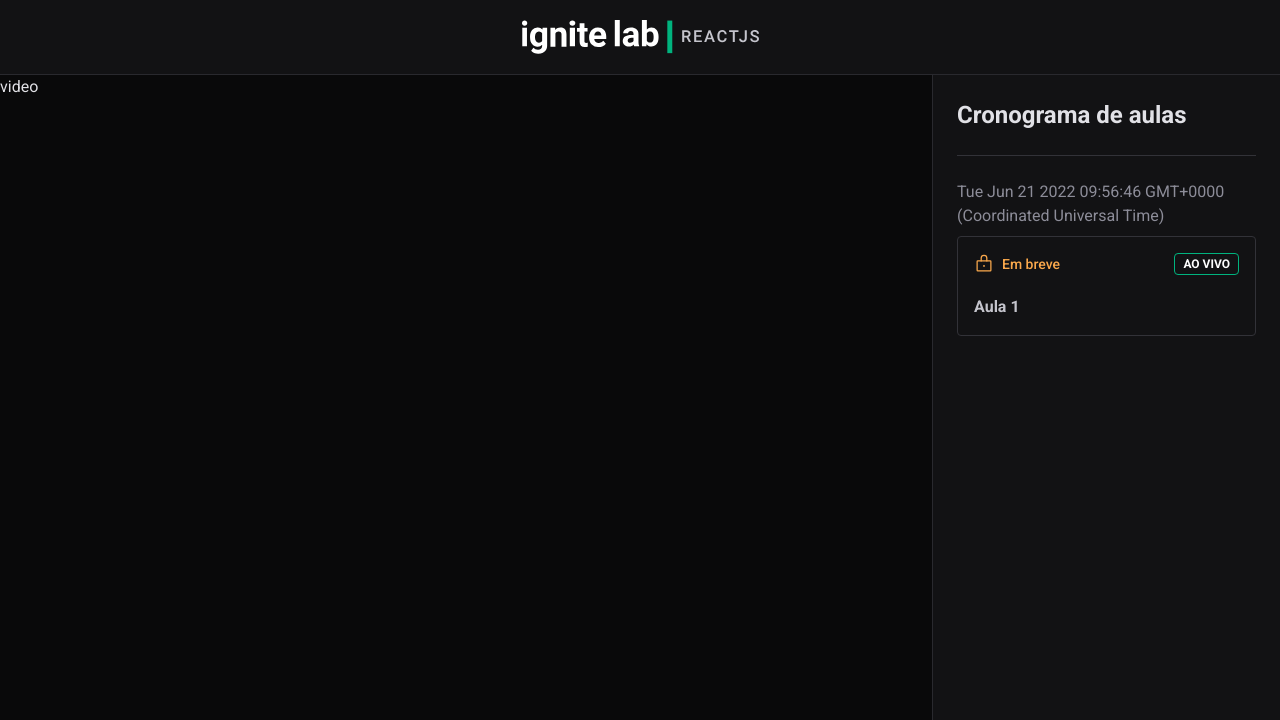
Repository: andynadvorny/event-platform
Page: /
These files come from the project's save history. The page is drawn as it stood at one moment and after the next save; the edit follows.
The browser window is 1280 px wide. The pictures show the whole page.
The page's requests for data from a server got no answer. The project was rebuilt for these pictures with package versions that can differ from the ones it lists, and the page was loaded fresh each time. No one was signed in, and anything a server would have sent is missing. Also part of the build but not shown: vite.config.ts.

Above is the page before, as saved 2022-06-23 14:50:30.

### src/App.tsx
import { Event } from './pages/Event'

function App() {
  return (
    <Event />
  )
}

export default App

### src/lib/apollo.ts
import { ApolloClient, InMemoryCache } from "@apollo/client";

export const client = new ApolloClient({
  uri: 'https://api-sa-east-1.graphcms.com/v2/cl4q028zp2n6q01xs9d4d26wj/master',
  cache: new InMemoryCache()
});

### src/pages/Event.tsx
import { Header } from '../components/Header'
import { Sidebar } from '../components/Sidebar'
import { Video } from '../components/Video'

export function Event() {
  return (
    <div className="flex flex-col min-h-screen">
      <Header />
      <main className="flex flex-1">
        <Video />
        <Sidebar />
      </main>
    </div>
  )
}

### src/components/Sidebar.tsx
import { Lesson } from "./Lesson";

export function Sidebar() {
  return (
    <aside className="w-[348px] bg-gray-700 p-6 border-l border-gray-600">
      <span className="font-bold text-2xl pb-6 mb-6 border-b border-gray-500 block">
        Cronograma de aulas
      </span>
      <div className="flex flex-col gap-8">
        <Lesson
          title="Aula 1"
          slug="aula-01"
          availableAt={new Date()}
          type="live"
        />
      </div>
    </aside>
  )
}

### src/components/Video.tsx
export function Video() {
  return (
    <div className="flex-1">
      video
    </div>
  )
}

### src/components/Logo.tsx
export function Logo() {
  return (
    <svg
      xmlns="http://www.w3.org/2000/svg"
      width="237"
      height="34"
      fill="none"
      viewBox="0 0 237 34"
    >
      <path
        fill="#fff"
        d="M.002 3.112a2.49 2.49 0 01.165-.987c.12-.314.304-.595.535-.83A2.906 2.906 0 012.615.572c.698 0 1.374.257 1.912.723.23.24.412.524.536.837a2.701 2.701 0 010 1.979 2.568 2.568 0 01-.536.837 2.889 2.889 0 01-1.907.723 2.901 2.901 0 01-1.908-.723 2.458 2.458 0 01-.538-.84 2.645 2.645 0 01-.172-.996zm4.96 23.146H.273V7.862h4.689v18.397zM8.012 16.973c0-2.853.686-5.145 2.055-6.883a6.653 6.653 0 015.528-2.606 5.869 5.869 0 014.802 2.09l.2-1.751h4.538v17.95a7.891 7.891 0 01-1.12 4.246 7.243 7.243 0 01-3.147 2.752 11.155 11.155 0 01-4.742.94c-1.378 0-2.74-.279-4.008-.812a7.08 7.08 0 01-2.946-2.11l2.208-3.02a5.905 5.905 0 004.543 2.08 4.356 4.356 0 003.104-1.059 3.938 3.938 0 001.103-2.993v-.994a5.775 5.775 0 01-4.555 1.935 6.647 6.647 0 01-3.05-.652 6.615 6.615 0 01-2.408-1.967c-1.397-1.752-2.085-4.089-2.085-6.942v-.21h-.025l.005.006zm4.997.355a6.723 6.723 0 001.026 3.956 3.233 3.233 0 002.799 1.443c.651.045 1.3-.088 1.878-.39a3.52 3.52 0 001.396-1.305v-7.825a3.448 3.448 0 00-1.374-1.305 3.504 3.504 0 00-1.86-.39 3.28 3.28 0 00-1.61.365 3.22 3.22 0 00-1.219 1.103c-.688.975-1.036 2.418-1.036 4.348zM33.098 7.833l.158 2.196a6.527 6.527 0 012.371-1.927 6.38 6.38 0 012.971-.62c1.97 0 3.438.597 4.39 1.79.953 1.194 1.456 2.936 1.486 5.293v12.249h-4.962V14.683a3.367 3.367 0 00-.684-2.344 3.086 3.086 0 00-1.069-.598 3.008 3.008 0 00-1.211-.13 3.349 3.349 0 00-1.821.454c-.553.32-1.01.794-1.313 1.367v13.37H28.45V7.845l4.647-.012zM47.512 3.112a2.304 2.304 0 01.185-.988 2.42 2.42 0 01.59-.831A3.439 3.439 0 0150.404.57c.772 0 1.52.256 2.117.723.508.486.792 1.142.792 1.826 0 .683-.284 1.34-.792 1.826a3.417 3.417 0 01-2.11.723c-.77 0-1.517-.257-2.11-.723a2.47 2.47 0 01-.594-.839 2.342 2.342 0 01-.19-.994h-.005zm5.483 23.149h-5.18V7.86h5.18v18.4zM62.454 3.334v4.612h3.107v3.677h-3.107v9.382c-.05.53.091 1.063.395 1.495a1.824 1.824 0 001.473.45c.476.002.95-.035 1.421-.114v3.803a9.672 9.672 0 01-2.939.449c-3.398 0-5.128-1.775-5.19-5.32V11.644h-2.642V7.968h2.643V3.356h4.841v-.025l-.002.003zM76.487 27.08a9.277 9.277 0 01-6.759-2.55c-1.74-1.699-2.605-3.957-2.605-6.797v-.494a11.295 11.295 0 011.098-5.08 8.141 8.141 0 013.111-3.465 8.72 8.72 0 014.59-1.22c2.577 0 4.62.815 6.098 2.449 1.478 1.633 2.226 3.94 2.226 6.929v2.055h-12.01a4.665 4.665 0 001.473 2.971 4.487 4.487 0 003.111 1.111 5.426 5.426 0 004.548-2.115l2.476 2.781a7.506 7.506 0 01-3.07 2.507 9.81 9.81 0 01-4.287.916v.002zm-.594-15.514a3.127 3.127 0 00-2.428 1.012 5.405 5.405 0 00-1.188 2.912h7.006v-.405a3.749 3.749 0 00-.908-2.608 3.252 3.252 0 00-2.45-.908h-.03l-.002-.003zM97.771 26.259h-4.957V0h4.957V26.26zM112.209 26.259c-.227-.444-.392-.997-.496-1.659-1.196 1.333-2.751 2.002-4.666 2.002-1.811 0-3.314-.523-4.504-1.572-1.191-1.049-1.786-2.372-1.786-3.966 0-1.96.725-3.464 2.179-4.513 1.453-1.049 3.553-1.58 6.3-1.59h2.273v-1.06c0-.854-.22-1.54-.659-2.051-.44-.513-1.131-.77-2.078-.77-.832 0-1.486.2-1.957.6-.474.4-.708.945-.708 1.64h-4.941c0-1.07.331-2.062.992-2.973.662-.91 1.597-1.626 2.804-2.144 1.206-.518 2.564-.778 4.069-.778 2.28 0 4.089.573 5.429 1.718 1.34 1.145 2.009 2.756 2.009 4.83v8.017c.012 1.754.256 3.082.735 3.983v.29h-4.992l-.003-.004zm-4.086-3.435c.728 0 1.402-.163 2.016-.486.614-.326 1.071-.76 1.367-1.308v-3.181h-1.846c-2.472 0-3.79.854-3.948 2.564l-.017.291c0 .614.217 1.123.649 1.523.434.4 1.026.6 1.779.6v-.003zM136.58 17.183c0 2.963-.632 5.273-1.898 6.931-1.265 1.659-3.032 2.488-5.3 2.488-2.006 0-3.608-.77-4.805-2.308l-.222 1.967h-4.444V.001h4.94v9.418c1.14-1.332 2.638-2 4.496-2 2.256 0 4.025.828 5.308 2.487 1.283 1.658 1.923 3.992 1.923 7v.274l.002.003zm-4.94-.358c0-1.868-.296-3.233-.889-4.094-.592-.861-1.475-1.29-2.65-1.29-1.572 0-2.655.643-3.247 1.932v7.299c.604 1.298 1.697 1.95 3.282 1.95 1.584 0 2.643-.788 3.146-2.36.239-.752.358-1.897.358-3.437z"
      ></path>
      <path
        fill="#C4C4CC"
        d="M164.51 17.501h-2.283v4.53h-2.048v-11.78h4.143c1.36 0 2.408.306 3.149.915.74.61 1.108 1.493 1.108 2.648 0 .787-.19 1.449-.57 1.98-.38.532-.911.94-1.59 1.226l2.646 4.906v.106h-2.194l-2.364-4.531h.003zm-2.283-1.65h2.105c.691 0 1.229-.176 1.619-.524.39-.348.582-.824.582-1.429 0-.604-.18-1.12-.538-1.466-.358-.345-.893-.523-1.606-.533h-2.162V15.85zM179.066 16.773h-4.839v3.625h5.656v1.634h-7.704V10.25h7.648v1.65h-5.6v3.253h4.839v1.62zM189.803 19.29h-4.565l-.955 2.744h-2.127l4.452-11.783h1.836l4.459 11.783h-2.137l-.963-2.744zm-3.99-1.65h3.415l-1.707-4.89-1.708 4.89zM204.716 18.197c-.119 1.256-.583 2.238-1.392 2.941-.81.703-1.885 1.056-3.228 1.056-.938 0-1.764-.222-2.48-.668-.715-.445-1.266-1.079-1.656-1.898-.387-.82-.589-1.772-.607-2.858v-1.1c0-1.11.198-2.09.59-2.937.392-.846.96-1.5 1.695-1.96.736-.458 1.587-.688 2.554-.688 1.301 0 2.347.353 3.139 1.057.792.703 1.254 1.7 1.385 2.99h-2.039c-.096-.846-.343-1.458-.74-1.833-.397-.375-.977-.563-1.745-.563-.89 0-1.574.326-2.05.977-.479.652-.721 1.605-.733 2.863v1.044c0 1.273.227 2.245.683 2.917.457.668 1.123 1.004 2.004 1.004.805 0 1.409-.18 1.814-.543.405-.363.661-.962.77-1.804h2.038l-.002.003zM216.481 11.902h-3.674v10.132h-2.031V11.902h-3.642V10.25h9.347v1.65zM222.759 10.251h2.039v8.262c0 1.127-.353 2.023-1.057 2.687-.703.664-1.633.995-2.788.995-1.229 0-2.179-.311-2.848-.93-.669-.62-1.004-1.484-1.004-2.59h2.038c0 .627.156 1.096.467 1.412.31.316.76.474 1.347.474.55 0 .989-.183 1.315-.545.326-.366.489-.867.489-1.51V10.25h.002zM234.952 18.999c0-.518-.183-.918-.545-1.197-.363-.279-1.022-.563-1.972-.849-.95-.286-1.705-.604-2.265-.955-1.074-.674-1.612-1.555-1.612-2.638 0-.95.388-1.732 1.163-2.347.774-.614 1.779-.922 3.015-.922.819 0 1.55.15 2.194.454a3.597 3.597 0 011.513 1.29c.367.558.55 1.177.55 1.858h-2.038c0-.614-.193-1.095-.578-1.443-.385-.348-.938-.524-1.656-.524-.668 0-1.189.144-1.557.43-.37.286-.555.686-.555 1.197 0 .432.2.792.6 1.08.399.29 1.056.57 1.974.842.918.271 1.653.582 2.208.93.556.348.963.748 1.222 1.197.259.452.387.977.387 1.582 0 .982-.375 1.762-1.127 2.342-.753.58-1.775.87-3.063.87a5.755 5.755 0 01-2.352-.473c-.715-.316-1.27-.75-1.668-1.308-.397-.555-.594-1.204-.594-1.942h2.048c0 .669.222 1.187.664 1.555.441.367 1.075.55 1.902.55.713 0 1.246-.143 1.607-.432.357-.288.538-.671.538-1.145l-.003-.002z"
      ></path>
      <path fill="#00B37E" d="M150.271 33.146h-4.958V.57h4.958v32.576z"></path>
    </svg>
  );
}

### src/components/Lesson.tsx
import { CheckCircle, Lock } from 'phosphor-react'

interface LessonProps {
  title: string,
  slug: string,
  availableAt: Date,
  type: 'live' | 'class',
}

export function Lesson(props: LessonProps) {
  const isLessonAvailable = false

  return (
    <a href="#">
      <span className="text-gray-300">
        {props.availableAt.toString()}
      </span>

      <div className="rounded border border-gray-500 p-4 mt-2">
        <header className="flex items-center justify-between">
          { isLessonAvailable ? (
            <span className="text-sm text-blue-500 font-medium flex items-center gap-2">
              <CheckCircle size={20} />
              Conteúdo liberado
            </span>
          ) : (
            <span className="text-sm text-orange-500 font-medium flex items-center gap-2">
              <Lock size={20} />
              Em breve
            </span>
          )}
          <span className="text-xs rounded py-[2px] px-2 border border-green-300 text-white font-bold">
            {props.type === 'live' ? 'AO VIVO' : 'AULA PRÁTICA'}
          </span>
        </header>
        <strong className="text-gray-200 mt-5 block">
          {props.title}
        </strong>
      </div>
    </a>
  )
}

### tailwind.config.js
/** @type {import('tailwindcss').Config} */
module.exports = {
  content: [
    './src/**/*.tsx'
  ],
  theme: {
    extend: {
      fontFamily: {
        sans: 'Roboto, sans-serif'
      },
      colors: {
        green: {
          300: '#00B37E',
          500: '#00875F',
          700: '#015F43',
        },
        blue: {
          500: '#81D8F7',
        },
        orange: {
          500: '#FBA94C',
        },
        red: {
          500: '#F75A68',
        },
        gray: {
          100: '#E1E1E6',
          200: '#C4C4CC',
          300: '#8D8D99',
          500: '#323238',
          600: '#29292E',
          700: '#121214',
          900: '#09090A'
        }
      }
    },
  },
  plugins: [],
}

Loaded but not shown: index.html (common file); src/main.tsx (common file); src/styles/global.css (common file); src/components/Header.tsx (common file)

After the next save:
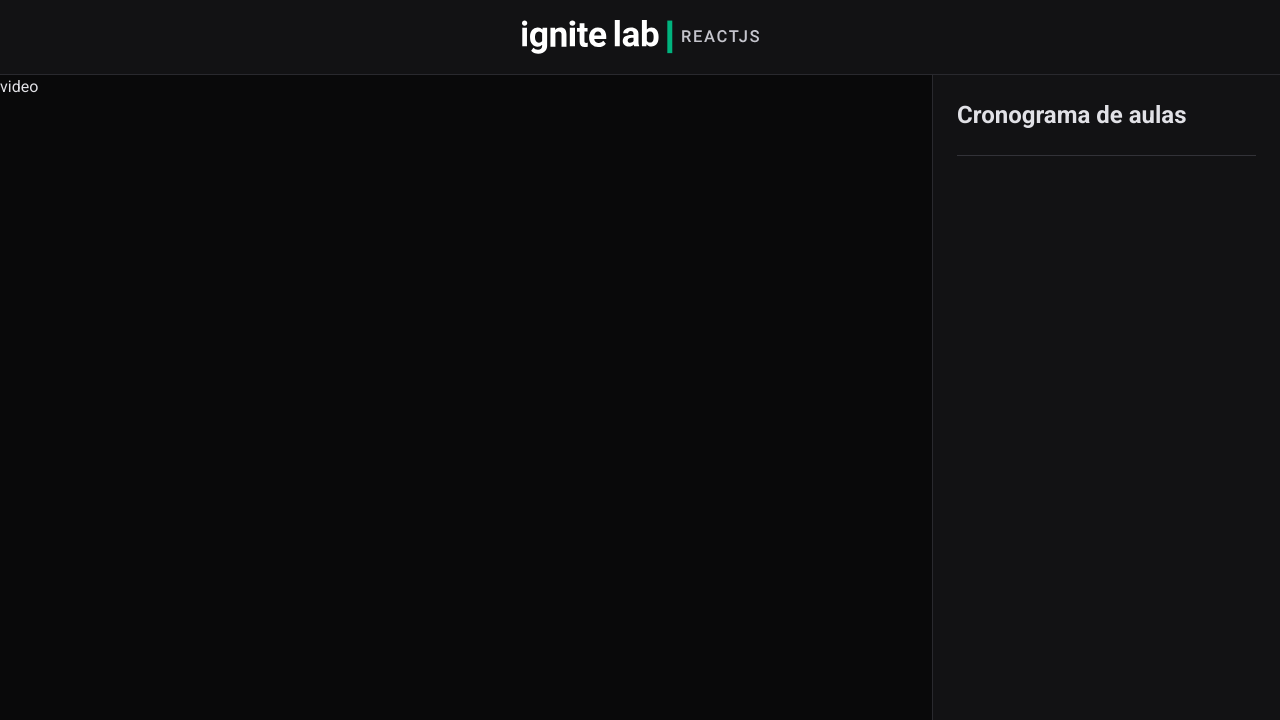
Saved 7 min 2 s later.
--- a/src/components/Sidebar.tsx
+++ b/src/components/Sidebar.tsx
@@ -1,18 +1,46 @@
+import { gql, useQuery } from "@apollo/client";
 import { Lesson } from "./Lesson";
 
+const GET_LESSONS_QUERY = gql`
+  query {
+    lessons(OrderBy: availableAt_ASC, stage: PUBLISHED) {
+      id
+      lessonType
+      availableAt
+      title
+      slug
+    }
+  }
+`
+
+interface GetLessonsQueryResponse {
+  lessons: {
+    id: string;
+    lessonType: 'live' | 'class'
+    availableAt: string;
+    title: string;
+    slug: string;
+  }[]
+}
+
 export function Sidebar() {
+  const { data } = useQuery<GetLessonsQueryResponse>(GET_LESSONS_QUERY)
+
   return (
     <aside className="w-[348px] bg-gray-700 p-6 border-l border-gray-600">
       <span className="font-bold text-2xl pb-6 mb-6 border-b border-gray-500 block">
         Cronograma de aulas
       </span>
       <div className="flex flex-col gap-8">
-        <Lesson
-          title="Aula 1"
-          slug="aula-01"
-          availableAt={new Date()}
-          type="live"
-        />
+        {data?.lessons.map( lesson => (
+          <Lesson
+            title={lesson.title}
+            slug={lesson.slug}
+            availableAt={new Date(lesson.availableAt)}
+            type={lesson.lessonType}
+            key={lesson.id}
+          />
+        ))}
       </div>
     </aside>
   )
